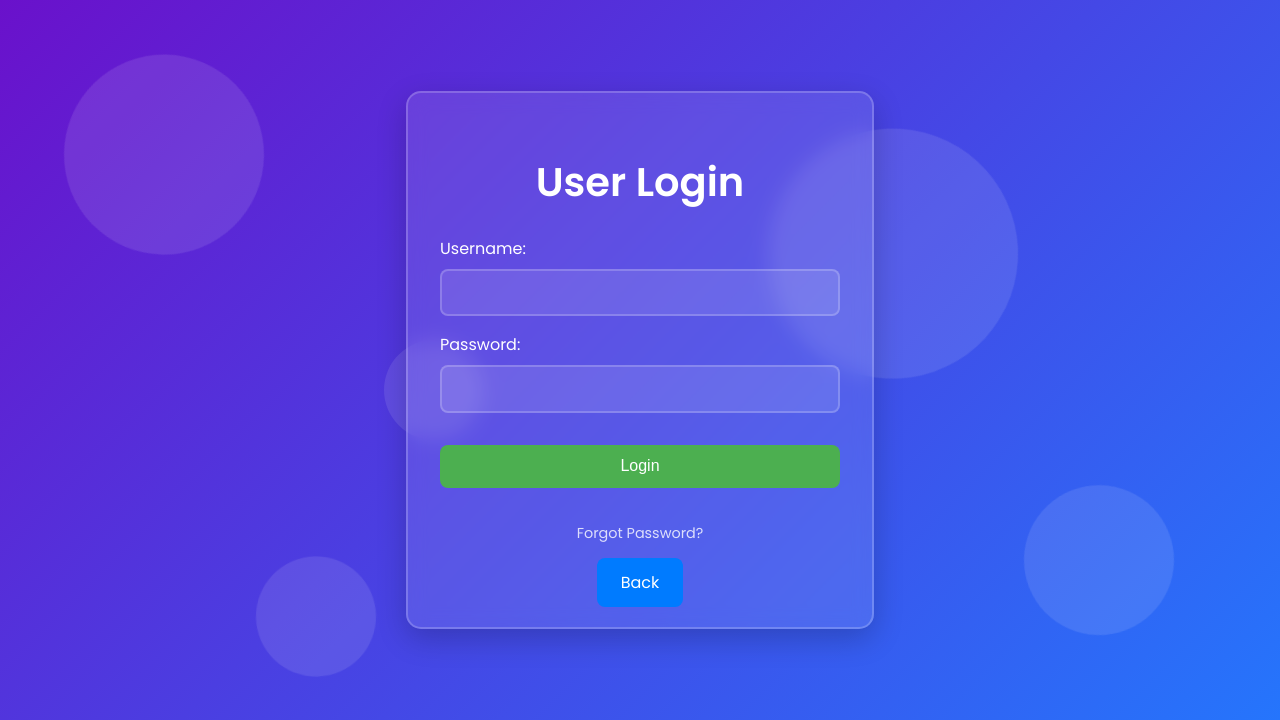
Repository: ASKANIPRAVEEN/online-complaint-management-system
Page: http://localhost/login/
The author's editor kept a copy of each file at every save. The page is drawn from the files as they stood at one save, then again after the next save.
The browser window is 1280 px wide. The pictures show the whole page.
The page is served by the project's application, run on Django 4.2 (manage.py).

Above is the page before, as saved 2025-03-07 00:13:30.

After the next save:
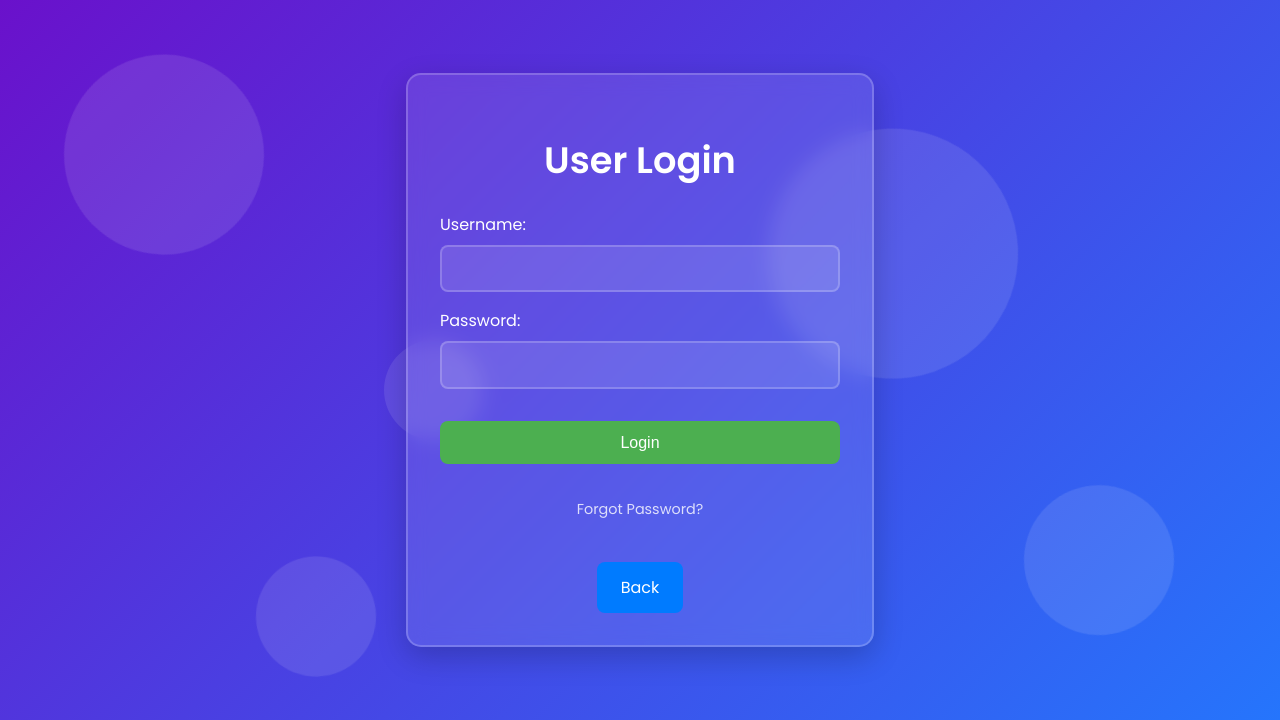
Saved 222 days later.
--- a/complaints/static/css/login.css
+++ b/complaints/static/css/login.css
@@ -1,3 +1,9 @@
+/* ================================
+   USER LOGIN PAGE STYLING
+   Author: Your Name
+   Description: Modern Glassmorphic Login UI
+================================= */
+
 /* General Styles */
 body {
     margin: 0;
@@ -12,6 +18,7 @@ body {
     height: 100vh;
 }
 
+/* Container */
 .container {
     background: rgba(255, 255, 255, 0.1);
     padding: 2rem;
@@ -25,19 +32,22 @@ body {
     animation: fadeIn 1s ease-in-out;
 }
 
+/* Title */
 h1 {
-    font-size: 2.5rem;
+    font-size: 2.3rem;
     font-weight: 600;
     margin-bottom: 1.5rem;
     animation: slideDown 1s ease-in-out;
 }
 
+/* Form Layout */
 .login-form {
     display: flex;
     flex-direction: column;
     gap: 1rem;
 }
 
+/* Form Group */
 .form-group {
     display: flex;
     flex-direction: column;
@@ -70,6 +80,7 @@ h1 {
     color: rgba(255, 255, 255, 0.5);
 }
 
+/* Buttons */
 .btn {
     padding: 0.8rem 1.5rem;
     border: none;
@@ -81,6 +92,7 @@ h1 {
     text-decoration: none;
     color: #fff;
     text-align: center;
+    display: inline-block;
 }
 
 .login-btn {
@@ -105,6 +117,7 @@ h1 {
     box-shadow: 0 5px 15px rgba(0, 0, 0, 0.3);
 }
 
+/* Forgot Password */
 .forgot-password {
     margin-top: 1rem;
 }
@@ -179,7 +192,7 @@ h1 {
     animation-duration: 9s;
 }
 
-/* Keyframes for Animations */
+/* Animations */
 @keyframes fadeIn {
     from {
         opacity: 0;
